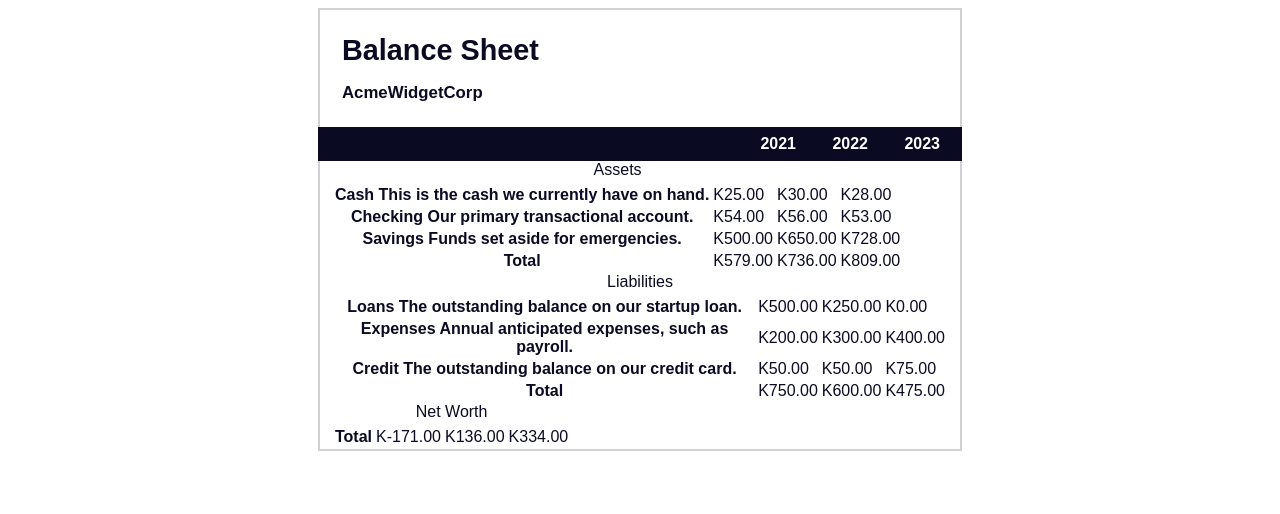
Repository: Lungdjos/balance_shee
Page: index.html
The author's editor kept a copy of each file at every save. The page is drawn from the files as they stood at one save, then again after the next save.
The browser window is 1280 px wide. The pictures show the whole page.

Above is the page before, as saved 2023-11-04 22:02:11.

### index.html
<!DOCTYPE html>
<html lang="en">

<head>
    <meta charset="UTF-8">
    <meta name="viewport" content="width=device-width, initial-scale=1.0">
    <title>Balance Sheet</title>
    <link rel="stylesheet" href="styles.css">
</head>

<body>
    <main>
        <section>
            <h1>
                <span class="flex">
                <span>AcmeWidgetCorp</span>
                <span>Balance Sheet</span>
                </span>
            </h1>
            <div id="years" aria-hidden="true">
                <span class="year">2021</span>
                <span class="year">2022</span>
                <span class="year">2023</span>
            </div>
            <div class="table-wrap">
                <table>
                    <caption>Assets</caption>
                    <thead>
                        <tr>
                            <td></td>
                            <th><span class="sr-only year">2021</span></th>
                            <th><span class="sr-only year">2022</span></th>
                            <th class="current"><span class="sr-only year">2023</span></th>
                        </tr>
                    </thead>
                    <tbody>
                        <tr class="data">
                            <th>
                                Cash <span class="description">This is the cash we currently have on hand.</span>
                            </th>
                            <td>K25.00</td>
                            <td>K30.00</td>
                            <td class="current">K28.00</td>
                        </tr>
                        <tr class="data">
                            <th>
                                Checking <span class="description">Our primary transactional account.</span>
                            </th>
                            <td>K54.00</td>
                            <td>K56.00</td>
                            <td class="current">K53.00</td>
                        </tr>
                        <tr class="data">
                            <th>
                                Savings <span class="description">Funds set aside for emergencies.</span>
                            </th>
                            <td>K500.00</td>
                            <td>K650.00</td>
                            <td class="current">K728.00</td>
                        </tr>
                        <tr class="total">
                            <th>
                                Total <span class="sr-only">Assets</span>
                            </th>
                            <td>K579.00</td>
                            <td>K736.00</td>
                            <td class="current">K809.00</td>
                        </tr>
                    </tbody>
                </table>
                <table>
                    <caption>Liabilities</caption>
                    <thead>
                        <tr>
                            <td></td>
                            <th><span class="sr-only">2021</span></th>
                            <th><span class="sr-only">2022</span></th>
                            <th><span class="sr-only">2023</span></th>
                        </tr>
                    </thead>
                    <tbody>
                        <tr class="data">
                            <th>
                                Loans <span class="description">The outstanding balance on our startup loan.</span>
                            </th>
                            <td>K500.00</td>
                            <td>K250.00</td>
                            <td class="current">K0.00</td>
                        </tr>
                        <tr class="data">
                            <th>
                                Expenses <span class="description">Annual anticipated expenses, such as payroll.</span>
                            </th>
                            <td>K200.00</td>
                            <td>K300.00</td>
                            <td class="current">K400.00</td>
                        </tr>
                        <tr class="data">
                            <th>
                                Credit <span class="description">The outstanding balance on our credit card.</span>
                            </th>
                            <td>K50.00</td>
                            <td>K50.00</td>
                            <td class="current">K75.00</td>
                        </tr>
                        <tr class="total">
                            <th>
                                Total <span class="sr-only">Liabilities</span>
                            </th>
                            <td>K750.00</td>
                            <td>K600.00</td>
                            <td class="current">K475.00</td>
                        </tr>
                    </tbody>
                </table>
                <table>
                    <caption>Net Worth</caption>
                    <thead>
                        <tr>
                            <td></td>
                            <th><span class="sr-only">2021</span></th>
                            <th><span class="sr-only">2022</span></th>
                            <th><span class="sr-only">2023</span></th>
                        </tr>
                    </thead>
                    <tbody>
                        <tr class="total">
                            <th>
                                Total <span class="sr-only">Net Worth</span>
                            </th>
                            <td>K-171.00</td>
                            <td>K136.00</td>
                            <td class="current">K334.00</td>
                        </tr>
                    </tbody>
                </table>
            </div>
        </section>
    </main>
</body>

</html>

</html>

</html>

### styles.css
/* general styling */

html {
    box-sizing: border-box;
}

body {
    font-family: sans-serif;
    color: #0a0a23;
}

span[class~="sr-only"] {
    border: 0;
    clip: rect(1px, 1px, 1px, 1px);
    clip-path: inset(50%);
    width: 1px;
    height: 1px;
    overflow: hidden;
    white-space: nowrap;
    position: absolute;
    padding: 0;
    margin: 1px;
}


/* table styling */

h1 {
    max-width: 37.25rem;
    margin: 0 auto;
    padding: 1.5rem 1.25rem;
}

h1 .flex {
    display: flex;
    flex-direction: column-reverse;
    gap: 1rem;
}

h1 .flex span:first-of-type {
    font-size: .7em;
}

h1 .flex span:last-of-type {
    font-size: 1.2em;
}

section {
    max-width: 40rem;
    margin: 0 auto;
    border: 2px solid #d0d0d5;
}

#years {
    position: sticky;
    top: 0;
    display: flex;
    justify-content: flex-end;
    color: #fff;
    background: #0a0a23;
    margin: 0 -2px;
    padding: .5rem calc(1.25rem + 2px) .5rem 0;
    z-index: 999;
}

#years span[class] {
    font-weight: bold;
    width: 4.5rem;
    text-align: right;
}

.table-wrap {
    padding: 0 .75rem;
}

After the next save:
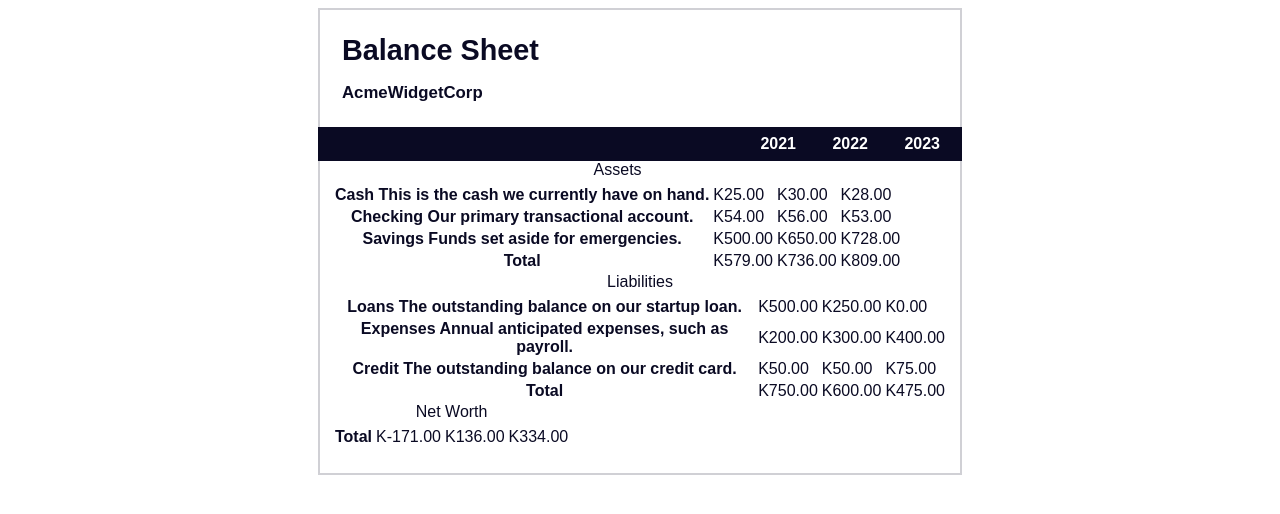
Saved 8 s later.
--- a/styles.css
+++ b/styles.css
@@ -70,5 +70,5 @@ section {
 }
 
 .table-wrap {
-    padding: 0 .75rem;
+    padding: 0 .75rem 1.5rem;
 }
